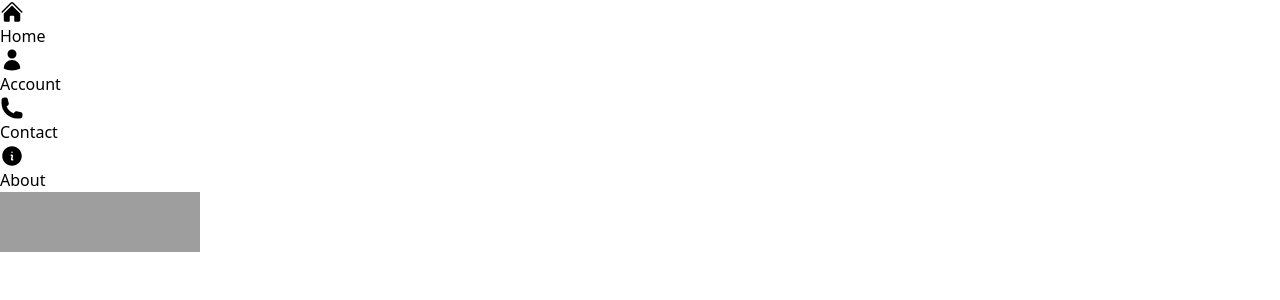
Repository: lyvandat/imdb-movie
Page: /
The author's editor kept a copy of each file at every save. The page is drawn from the files as they stood at one save, then again after the next save.
The browser window is 1280 px wide. The pictures show the whole page.
Pictures or frames that could not be fetched are drawn as grey boxes. The project was rebuilt for these pictures with package versions that can differ from the ones it lists, and the page was loaded fresh each time. The framework's server and built-in components were replaced by stand-ins that run in the browser. Also part of the build but not shown: next.config.js.

Above is the page before, as saved 2022-10-04 10:20:51.

### pages/index.js
import Head from "next/head";
import Header from "../components/Header";

export default function Home() {
  return (
    <div>
      <Head>
        <title>Create Next App</title>
        <meta name="description" content="Generated by create next app" />
        <link rel="icon" href="/favicon.ico" />
      </Head>

      <Header />
    </div>
  );
}

### components/Header.js
import React from "react";
import Image from "next/image";
import {
  HomeIcon,
  UserIcon,
  PhoneIcon,
  InformationCircleIcon,
} from "@heroicons/react/24/solid";

// import { Container } from './styles';

function Header() {
  return (
    <section>
      <ul>
        <li>
          <HomeIcon className="h-6" />
          <p>Home</p>
        </li>
        <li>
          <UserIcon className="h-6" />
          <p>Account</p>
        </li>
        <li>
          <PhoneIcon className="h-6" />
          <p>Contact</p>
        </li>
        <li>
          <InformationCircleIcon className="h-6" />
          <p>About</p>
        </li>
      </ul>
      <Image
        src="https://th.bing.com/th/id/R.96d6a3163510b47bda4d016b465fb380?rik=RdmM%2faKqGkQOUw&riu=http%3a%2f%2fimg4.wikia.nocookie.net%2f__cb20130124112826%2flogopedia%2fimages%2f8%2f8e%2fIMDB.png&ehk=Svd7%2fn42Zig1owSS1hb%2b2k8bFFdbEKW6iFyTQu2u5yw%3d&risl=&pid=ImgRaw&r=0"
        width={200}
        height={60}
      />
    </section>
  );
}

export default Header;

Loaded but not shown: pages/_app.js (common file); styles/globals.css (common file); tailwind.config.js (common file)

After the next save:
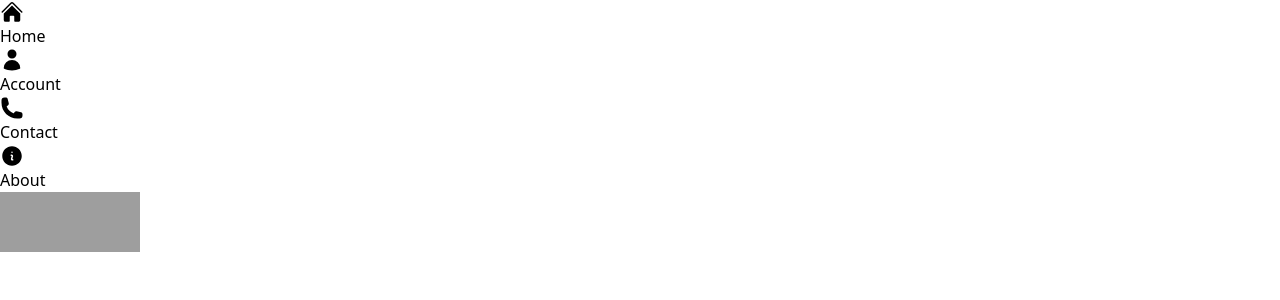
Saved 5 s later.
--- a/components/Header.js
+++ b/components/Header.js
@@ -32,7 +32,7 @@ function Header() {
       </ul>
       <Image
         src="https://th.bing.com/th/id/R.96d6a3163510b47bda4d016b465fb380?rik=RdmM%2faKqGkQOUw&riu=http%3a%2f%2fimg4.wikia.nocookie.net%2f__cb20130124112826%2flogopedia%2fimages%2f8%2f8e%2fIMDB.png&ehk=Svd7%2fn42Zig1owSS1hb%2b2k8bFFdbEKW6iFyTQu2u5yw%3d&risl=&pid=ImgRaw&r=0"
-        width={200}
+        width={140}
         height={60}
       />
     </section>
